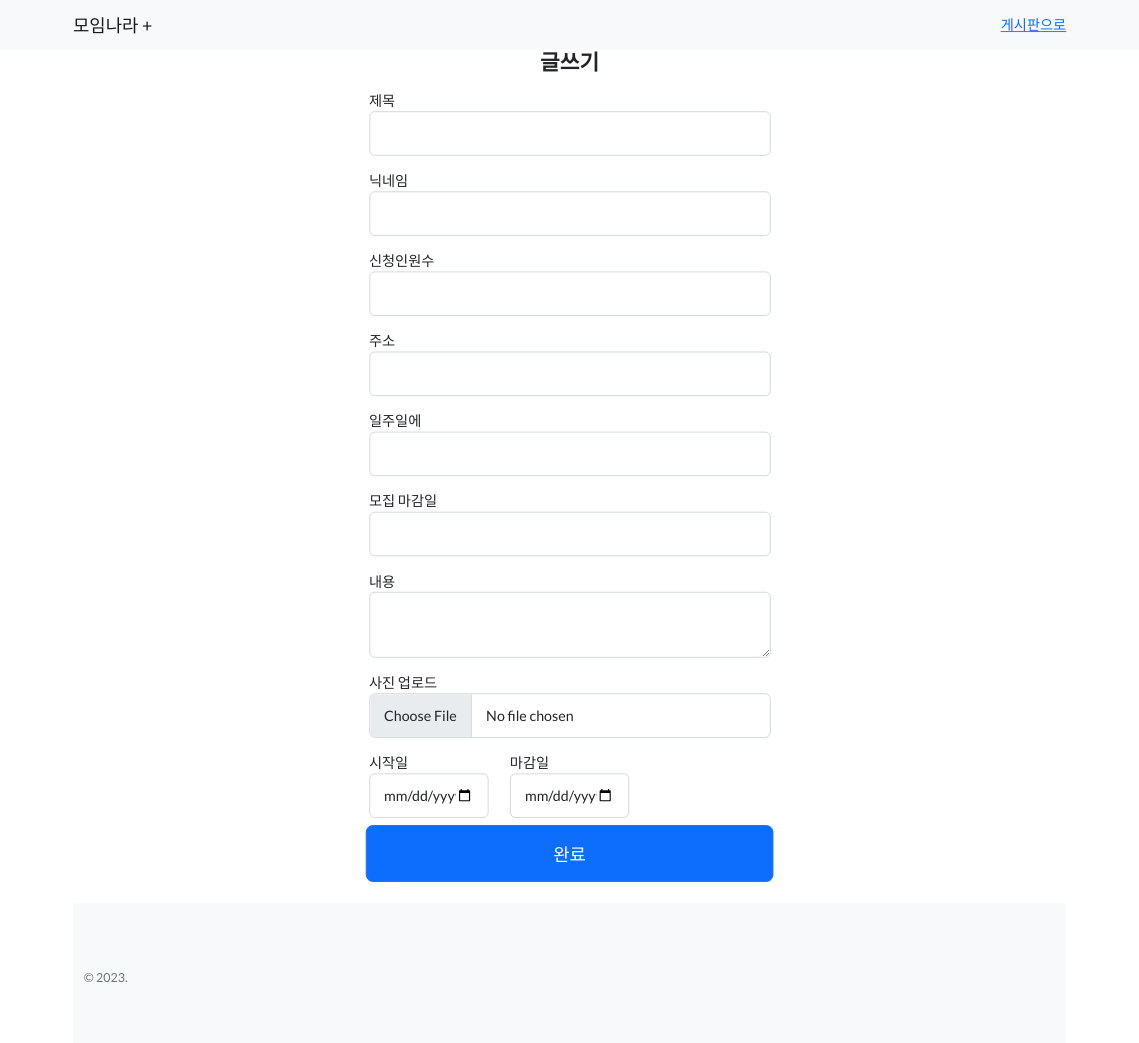
Repository: cmg9707/Devfox-spring-project
Page: http://localhost/DevJUS/WEB-INF/views/JUS/modify.jsp
An editor plug-in stored every save of this project. The page is shown before and after the next save, followed by the edit.
The browser window is 1280 px wide. The pictures show the whole page, at 89% of full size.
The page is served by Tomcat 9. Nobody is signed in. The template is opened directly, without the code that normally fills it, so the values that code supplies are empty.

Above is the page before, as saved 2023-04-10 01:36:14.

After the next save:
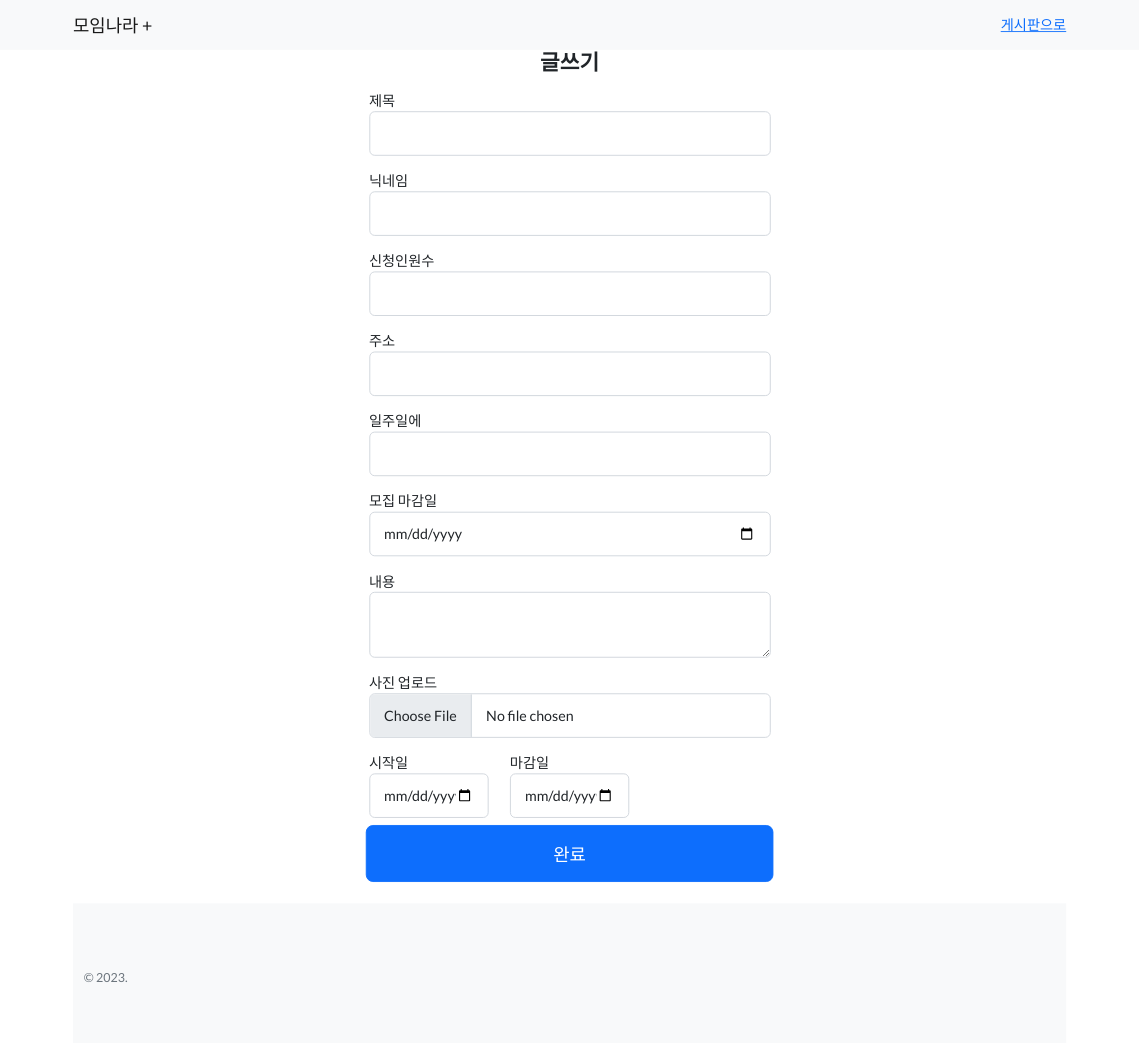
Saved 24 min 48 s later.
--- a/DevJUS/src/main/webapp/WEB-INF/views/JUS/modify.jsp
+++ b/DevJUS/src/main/webapp/WEB-INF/views/JUS/modify.jsp
@@ -73,7 +73,7 @@
 					<div class="row d-flex justify-content-center">
 						<div class="col-md-5 mb-3">
 							<label for="board_end">모집 마감일</label>
-							<input type="text"class="form-control" size="15" id="board_end" name="board_end" value="">
+							<input type="date"class="form-control" size="15" id="board_end" name="board_end" value="">
 
 						</div>
 					</div>
